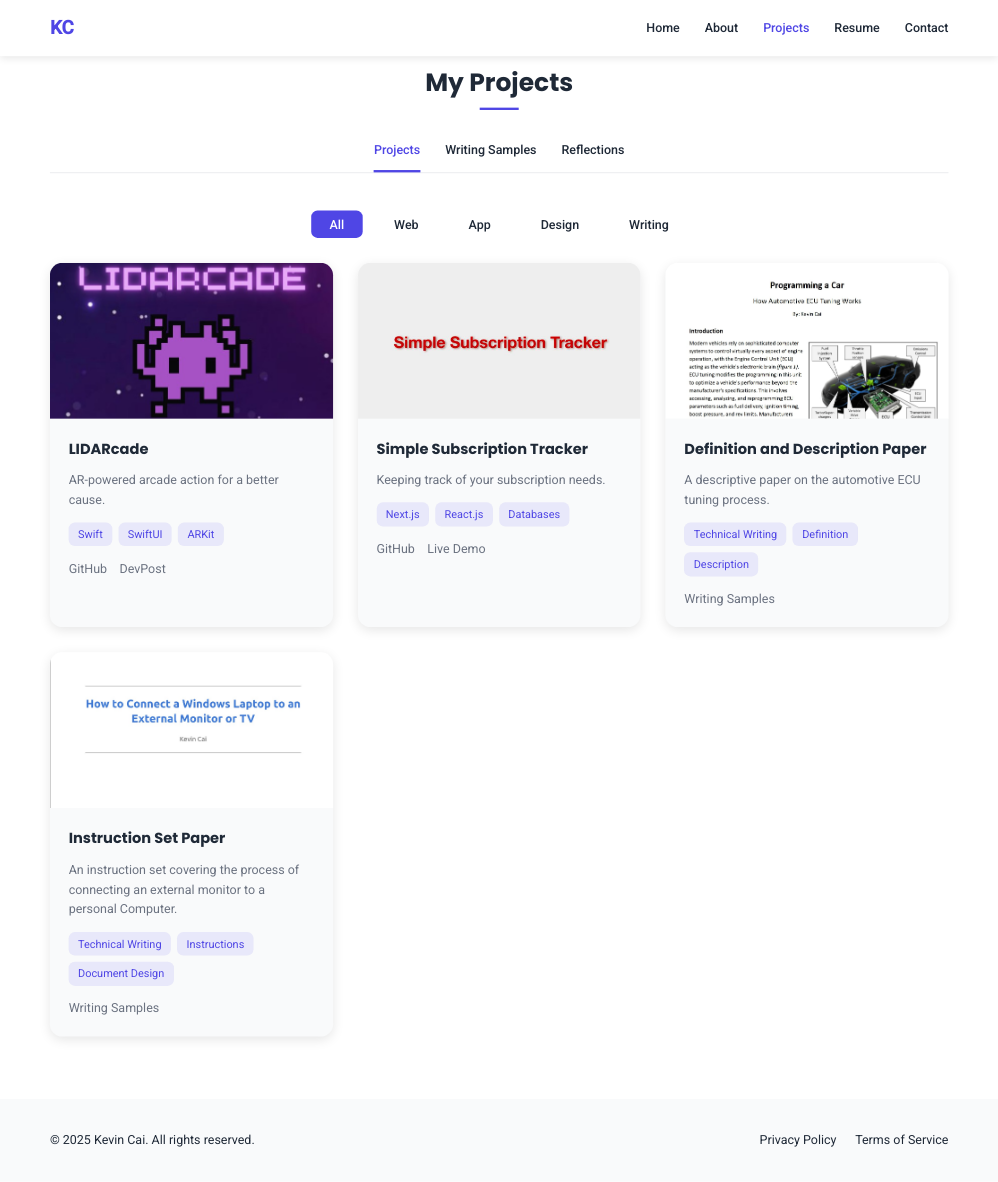
Repository: itskevbo/E-Portfolio
Page: pages/projects.html
An editor plug-in stored every save of this project. The page is shown before and after the next save, followed by the edit.
The browser window is 1280 px wide. The pictures show the whole page, at 78% of full size.

Above is the page before, as saved 2025-04-28 16:04:24.
Console error: ReferenceError: ScrollReveal is not defined

After the next save:
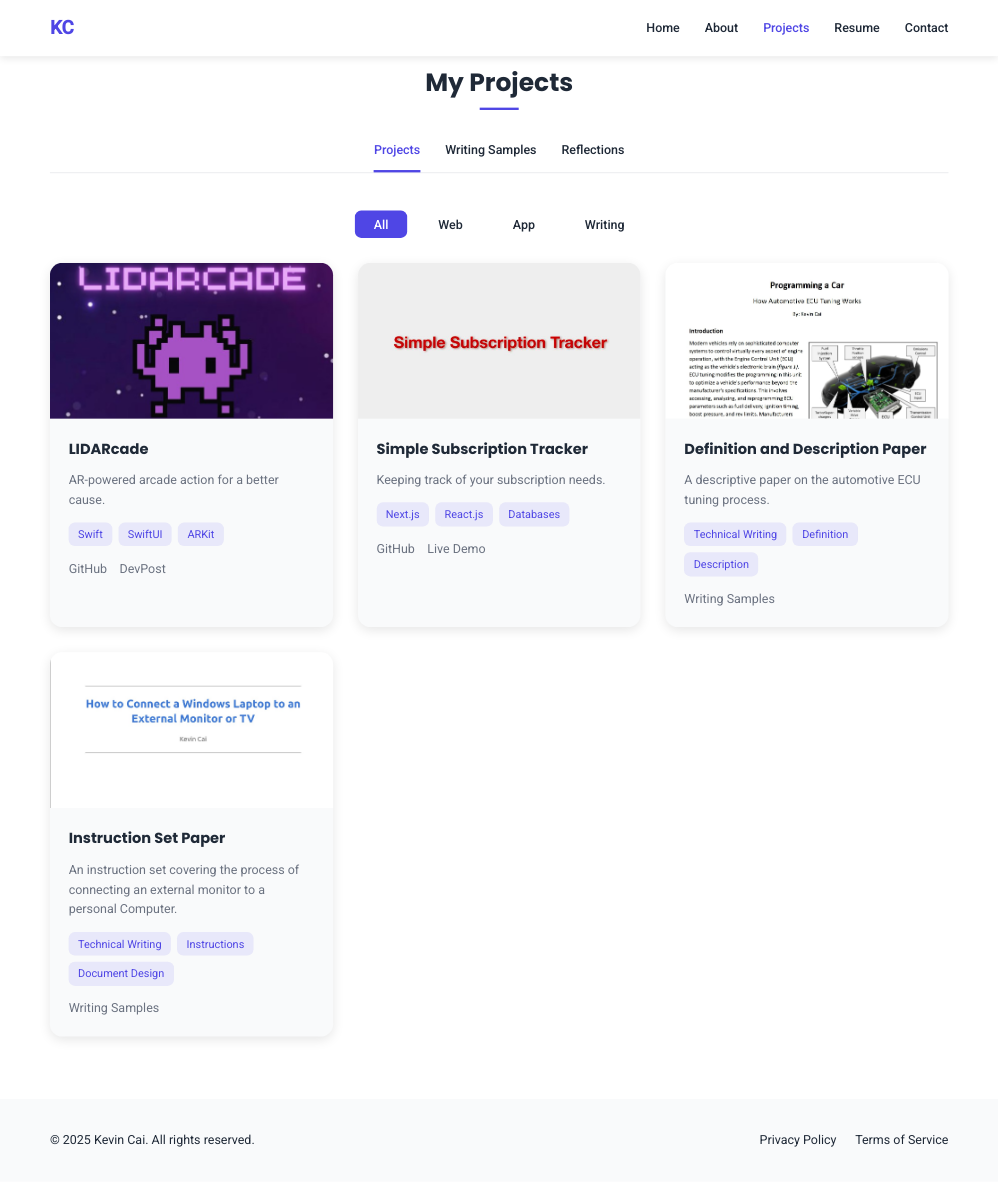
Saved 2 min 21 s later.
--- a/pages/projects.html
+++ b/pages/projects.html
@@ -102,7 +102,6 @@
                     <button class="projects__filter-btn active" data-filter="all">All</button>
                     <button class="projects__filter-btn" data-filter="web">Web</button>
                     <button class="projects__filter-btn" data-filter="app">App</button>
-                    <button class="projects__filter-btn" data-filter="design">Design</button>
                     <button class="projects__filter-btn" data-filter="writing">Writing</button>
                 </div>
                 <div class="projects__grid">
